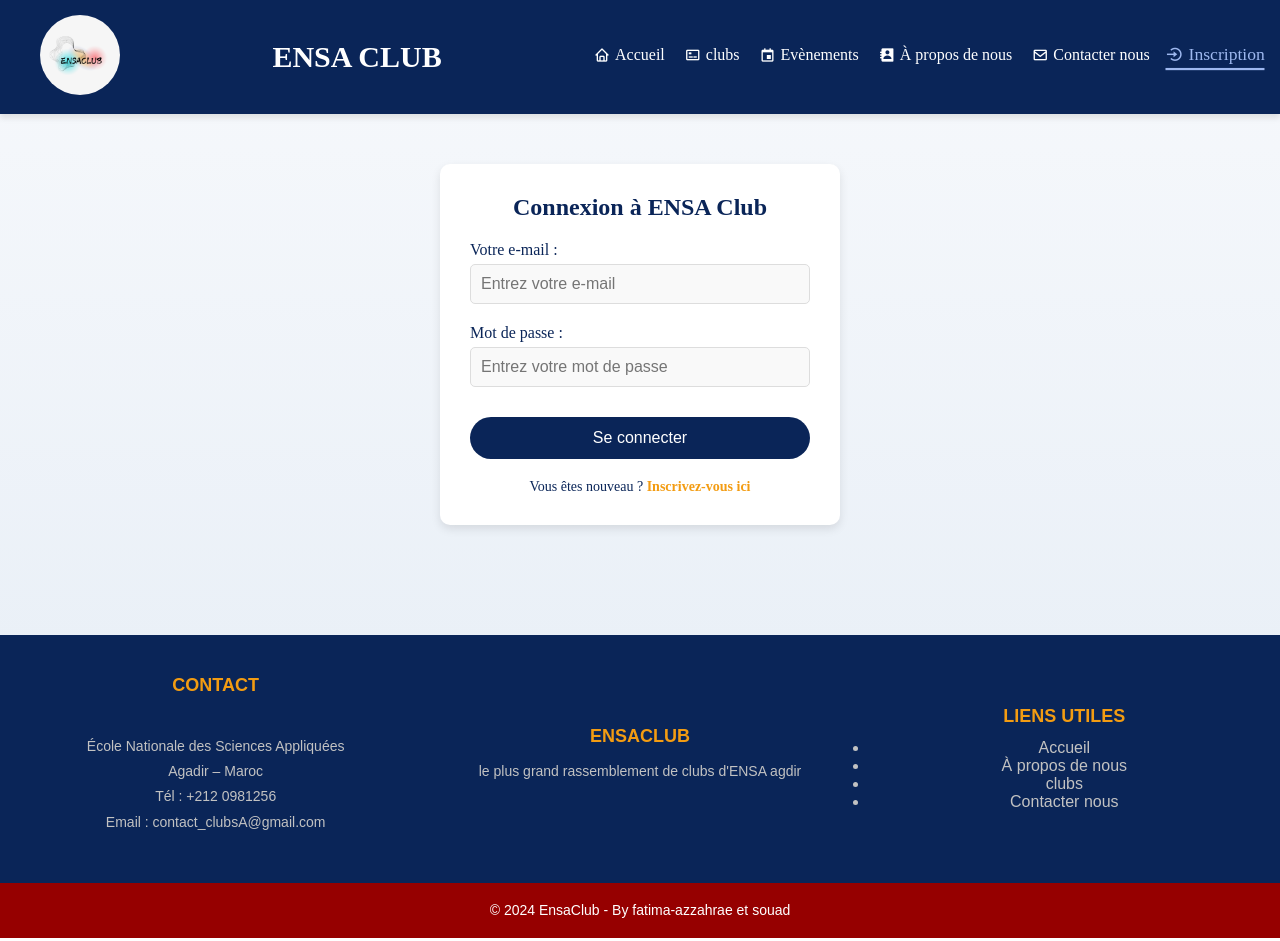
Repository: fati-smart/ENSAclub
Page: login.html
An editor plug-in stored every save of this project. The page is shown before and after the next save, followed by the edit.
The browser window is 1280 px wide. The pictures show the whole page.

Above is the page before, as saved 2024-12-02 19:07:29.

### login.html
<!DOCTYPE html>
<html>

<head>
    <meta charset="UTF-8">
    <meta name="viewport" content="width=device-width, initial-scale=1.0">
    <link href='https://unpkg.com/boxicons@2.1.4/css/boxicons.min.css' rel="stylesheet" />
    <link rel="stylesheet" href="style.css">
    <title>login</title>
</head>

<body>
    <header class="header">
        <div><img src="logo.png" alt="logo"></div>
        <div class="titre"><a href="index.html"><p>ENSA CLUB</p></a></div>
        <nav>

          <ul>
            <li><a href="index.html">
              <i class='bx bx-home'></i></i>Accueil</a></li>
              <li><a href="club.html">
                <i class='bx bx-credit-card-front'></i>clubs</a></li>
              <li><a href="evenement.html">
                <i class='bx bx-calendar-event' ></i>Evènements</a></li>
              <li><a href="propos.html">
                <i class='bx bxs-contact'></i>À propos de nous</a></li>
              <li><a href="Contact.html">
                <i class='bx bx-envelope'></i>Contacter nous</a></li>
              <li><a href="inscrip.html" class="active">
                <i class='bx bx-log-in-circle'></i>Inscription</a></li>
          </ul>


        </nav>
    </header>


    <section class="connexion">
      <div class="logFormulaire">
        <h1 class="titre-logFormulaire">Connexion à ENSA Club</h1>
        <form action="profil.html">
          <div class="form-group">
            <label for="email">Votre e-mail :</label>
            <input type="email" name="email" id="email" placeholder="Entrez votre e-mail" required />
          </div>
          <div class="form-group">
            <label for="password">Mot de passe :</label>
            <input type="password" name="password" id="password" placeholder="Entrez votre mot de passe" required />
          </div>
          <button type="submit" class="btn-submit">Se connecter</button>
        </form>
        <p class="lien-nouveau">
          Vous êtes nouveau ? <a href="inscrip.html">Inscrivez-vous ici</a>
        </p>
      </div>
    </section>



    <footer class="footer">
        <div class="footer-container">
            <div class="footer-content">
              <ul>
                <h3>CONTACT</h3><br />
                <p>École Nationale des Sciences Appliquées<br /> Agadir – Maroc<br />
                Tél : +212 0981256<br />
                Email : contact_clubsA@gmail.com<br />
              </p>
              </ul>
            </div>
            <div class="footer-section-info">
              <ul>
                <h3>EnsaClub</h3>
              <p> le plus grand rassemblement de clubs d'ENSA agdir </p>
              </ul>
            </div>
            <div class="footer-content">
                <h3>Liens utiles</h3>
                 <ul class="list">
                    <li><a href="index.html">Accueil</a></li>
                    <li><a href="propos.html">À propos de nous</a></li>
                    <li><a href="club.html">clubs</a></li>
                    <li><a href="Contact.html">Contacter nous</a></li>
                 </ul>
            </div>
        </div>
        <div class="footer-bottom">
          <p>© 2024 EnsaClub - By fatima-azzahrae et souad</p>
        </div>
    </footer>
</body>

</html>

### style.css
* {
  margin: 0;
  padding: 0;
  box-sizing: border-box;
}

body {
  font-family: cursive;
  background-color: #f5f6fa;
  overflow-x: hidden;
  background: linear-gradient(to bottom, #f7f9fc, #e4ecf5);
}

/*******************************************HEADER************************************************/
.header {
  background-color: #0A2558;
  color: white;
  display: flex;
  align-items: center;
  justify-content: space-between;
  padding: 15px 20px;
  box-shadow: 0 4px 6px rgba(0, 0, 0, 0.1);
}

.header img {
  margin-left: 20px;
  width: 80px;
  height: 80px;
  border-radius: 50%;
}

.header .titre a {
  text-decoration: none;
  color: white;
  font-size: 26px;
  font-weight: bold;
}

nav ul {
  list-style: none;
  display: flex;
  gap: 20px;
}

nav ul li a {
  color: white;
  text-decoration: none;
  font-size: 16px;
  display: flex;
  align-items: center;
  gap: 5px;
  transition: color 0.3s ease-in-out;
}
.header .titre p{
  font-size: 30px;
  font-weight: bold;
  color: #ffffff;
  margin: 0;
}

nav ul li a:hover {
  color: #9eb8ef;
}

nav ul li a.active {
  border-bottom: 2px solid #9eb8ef;
  padding-bottom: 3px;
  color: #9eb8ef;
  transform: scale(1.1);

}
/*************************************section CLUB***********************************************/
.club{
  margin-top: 50px;
  display: flex;
  align-items: center;
  justify-content: center;
  flex-wrap: wrap;
}

.club .carteClub{
  width: 350px;
  height: 420px;
  background-color: #e9ebed;
  border-radius: 12px;
  margin-left: 30px;
  margin-right: 30px;
  box-shadow: 0 4px 6px rgba(0, 0, 0, 0.1);
  position: relative;
}

.club .carteClub .imageClub {
  width: 100%;
  height: 45%;
  margin-left: 15px;
  margin-right: 15px;
  align-items: center;
}

.club .carteClub .imageClub img{
  width: 90%;
  height: 90%;
  margin-top: 10px;
  border-radius: 12px;
}

.club .carteClub .text{
  width: 90%;
  height: 90%;
  margin-left: 10px;
  text-align: center;
}

.club .carteClub .text p{
  text-align: left;
}

.club .carteClub .text strong{
  font-size: 25px;
  font-family: 'Franklin Gothic Medium', 'Arial Narrow', Arial, sans-serif;
  color: #0A2558;
}

.club .carteClub .text .jointure{
  color: #143c85d7;
}

.carteClub button {
  position: absolute;
  bottom: 10px;
  right: 15px;
  padding: 10px 20px;
  background-color: #ff1100;
  color: #fff;
  border: none;
  border-radius: 5px;
  cursor: pointer;
  width: 90px;
}

.carteClub button:hover {
  background-color: #d91103e0;
  transform: scale(1.1);

}

/****************************************section EVENMENT****************************************/
.event {
  display: flex;
  flex-wrap: wrap;
  justify-content: center;
  padding: 20px;
  margin-top: 30px;
  align-items: center;
  border-radius: 12px;
  gap:  40px 15px;
  max-width: 1400px;

}

.carteEvent {
  width: 340px;
  display: flex;
  flex-direction: column;
  height: 200px;
  background: #fff;
  border-radius: 10px;
  box-shadow: 0 4px 8px rgba(0, 0, 0, 0.1);
  overflow: hidden;
  transition: height 0.3s ease, box-shadow 0.3s ease;
  padding: 10px;
  position: relative;
  text-align: center;
  margin-left: 20px;
  margin-right: 20px;
  margin-top: 20px;
  margin-bottom: 20px;

}

.carteEvent:hover {
  box-shadow: 0 6px 12px rgba(0, 0, 0, 0.15);
}

.carteEvent .titreC {
  margin-bottom: 7px;
  margin-top: 7px;
}

.carteEvent .titreC strong{
  font-size: 19.2px;
  font-weight: bold;
  color: #007bff;
}

.carteEvent .titre {
  margin-bottom: 7px;
}

.carteEvent strong{
  color: #ff1100;
}

.carteEvent .dets {
  text-align: left;
}

.carteEvent .dets strong{
  color: #000000;
}

.carteEvent .dets a{
  text-decoration: none;
  color:#09b32d ;
}

.carteEvent .dets a:hover{
  color:#00ff37 ;
  font-size: 16px;
}
/****************************************INSCRIPTION**********************************************/
.inscription {
  padding: 50px 20px;
  display: flex;
  justify-content: center;
  align-items: center;
}

.formulaire {
  background: #ffffff;
  border-radius: 10px;
  box-shadow: 0px 4px 10px rgba(0, 0, 0, 0.1);
  padding: 30px;
  max-width: 500px;
  width: 100%;
  animation: fadeIn 1s ease-in-out;
}

.titre-formulaire {
  font-size: 24px;
  font-weight: bold;
  text-align: center;
  color: #0A2558;
  margin-bottom: 20px;
}

.form-group {
  margin-bottom: 20px;
}

.form-group label {
  font-size: 16px;
  color: #0A2558;
  display: block;
  margin-bottom: 5px;
}

.form-group input {
  width: 100%;
  padding: 10px;
  font-size: 16px;
  border: 1px solid #ddd;
  border-radius: 5px;
  outline: none;
  transition: border-color 0.3s;
}

.form-group input:focus {
  border-color: #f39c12;
}

.btn-submit {
  background-color: #0A2558;
  color: #ffffff;
  padding: 12px 20px;
  font-size: 16px;
  border: none;
  border-radius: 25px;
  cursor: pointer;
  width: 100%;
  margin-top: 10px;
  transition: background-color 0.3s, transform 0.3s;
}

.btn-submit:hover {
  background-color: #072042;
  transform: translateY(-3px);
}

.lien-membre {
  text-align: center;
  margin-top: 20px;
  font-size: 14px;
  color: #0A2558;
}

.lien-membre a {
  color: #f39c12;
  text-decoration: none;
  font-weight: bold;
}

.lien-membre a:hover {
  text-decoration: underline;
}

@keyframes fadeIn {
  from {
    opacity: 0;
    transform: translateY(20px);
  }
  to {
    opacity: 1;
    transform: translateY(0);
  }
}

@media (max-width: 768px) {
  .formulaire {
    padding: 20px;
  }

  .btn-submit {
    font-size: 14px;
  }
}


/**********************************************login***********************************************/
.connexion {
  padding: 50px 20px;
  display: flex;
  justify-content: center;
  align-items: center;
}

.logFormulaire {
  background: #ffffff;
  border-radius: 10px;
  box-shadow: 0px 4px 10px rgba(0, 0, 0, 0.1);
  padding: 30px;
  max-width: 400px;
  width: 100%;
  animation: fadeIn 1s ease-in-out;
}

.titre-logFormulaire {
  font-size: 24px;
  font-weight: bold;
  text-align: center;
  color: #0A2558;
  margin-bottom: 20px;
}

.form-group {
  margin-bottom: 20px;
}

.form-group label {
  font-size: 16px;
  color: #0A2558;
  display: block;
  margin-bottom: 5px;
}

.form-group input {
  width: 100%;
  padding: 10px;
  font-size: 16px;
  border: 1px solid #ddd;
  border-radius: 5px;
  outline: none;
  transition: border-color 0.3s;
}

.form-group input:focus {
  border-color: #f39c12;
}

.btn-submit {
  background-color: #0A2558;
  color: #ffffff;
  padding: 12px 20px;
  font-size: 16px;
  border: none;
  border-radius: 25px;
  cursor: pointer;
  width: 100%;
  margin-top: 10px;
  transition: background-color 0.3s, transform 0.3s;
}

.btn-submit:hover {
  background-color: #072042;
  transform: translateY(-3px);
}

.lien-nouveau {
  text-align: center;
  margin-top: 20px;
  font-size: 14px;
  color: #0A2558;
}

.lien-nouveau a {
  color: #f39c12;
  text-decoration: none;
  font-weight: bold;
}

.lien-nouveau a:hover {
  text-decoration: underline;
}

@keyframes fadeIn {
  from {
    opacity: 0;
    transform: translateY(20px);
  }
  to {
    opacity: 1;
    transform: translateY(0);
  }
}

@media (max-width: 768px) {
  .logFormulaire {
    padding: 20px;
  }

  .btn-submit {
    font-size: 14px;
  }
}

/*********************************************PROFIL**********************************************/
.profil {
  max-width: 800px;
  margin: 50px auto;
  padding: 20px;
  background: #fff;
  box-shadow: 0 4px 8px rgba(0, 0, 0, 0.276);
  border-radius: 10px;
}

.section-title {
  font-size: 28px;
  color: #2c3e50;
  text-align: center;
  margin-bottom: 20px;
}

.form-title {
  font-size: 20px;
  color: #34495e;
  margin-bottom: 15px;
}

.form-subtitle {
  font-size: 18px;
  color: #7f8c8d;
  margin-bottom: 10px;
}

.profile-section {
  display: flex;
  align-items: center;
  gap: 20px;
  margin-bottom: 30px;
  border-bottom: 1px solid #ddd;
  padding-bottom: 20px;
}

.profile-picture img {
  width: 120px;
  height: 120px;
  border-radius: 50%;
  object-fit: cover;
  border: 3px solid #db343442;
}

.profile-info .profile-name {
  font-size: 18px;
  font-weight: bold;
  color: #34495e;
}

.profile-info .profile-email {
  font-size: 14px;
  color: #555;
}

.forms-profil {
  display: flex;
  flex-wrap: wrap;
  gap: 30px;
}

.account-info,
.security-settings {
  flex: 1;
  min-width: 300px;
}

.form-group {
  margin-bottom: 15px;
}

.form-group label {
  display: block;
  font-size: 14px;
  color: #555;
  margin-bottom: 5px;
}

.form-group input {
  width: 100%;
  padding: 10px;
  border: 1px solid #ddd;
  border-radius: 5px;
  font-size: 14px;
  background-color: #f9f9f9;
}

.form-group input:focus {
  outline: none;
  border-color: #3498db;
  box-shadow: 0 0 5px rgba(52, 152, 219, 0.5);
}

.save-button {
  background-color: #3498db;
  color: #fff;
  padding: 10px 20px;
  border: none;
  border-radius: 5px;
  cursor: pointer;
  font-size: 14px;
  display: inline-block;
}

.save-button:hover {
  background-color: #2980b9;
}

.clubs-section .club-name {
  font-size: 16px;
  color: #2c3e50;
  margin-left: 10px;
}

.clubs-table {
  width: 100%;
  border-collapse: collapse;
  margin-top: 20px;
}

th, td {
  border: 1px solid #ddd;
  padding: 8px;
  text-align: center;
}

th {
  background-color: #f4f4f4;
  font-weight: bold;
}

.delete-btn {
  background-color: #e74c3c;
  color: white;
  border: none;
  padding: 5px 10px;
  cursor: pointer;
  border-radius: 3px;
}

.delete-btn:hover {
  background-color: #c0392b;
}
i.bx.bx-chevrons-left {
  margin-top: 20px;
  margin-left: 20px;
  font-size: 80px;
  color: #0742b1;
  transition: color 0.3s, transform 0.3s;
}

i.bx.bx-chevrons-left:hover {
  color: #2980b9;
  transform: translateX(-5px);
}



/********************************a propos de nous************************************************/
.propos {
  padding: 50px 20px;
  color: #0A2558;
}

.propos-container {
  max-width: 800px;
  margin: 0 auto;
  text-align: center;
  animation: fadeIn 1s ease-in-out;
}

.propos-title {
  font-size: 36px;
  font-weight: bold;
  margin-bottom: 20px;
  color: #0A2558;
}

.propos-title span {
  color: #f39c12;
}

.propos-intro, .propos-objective, .propos-message, .propos-mission, .propos-footer {
  font-size: 18px;
  line-height: 1.6;
  margin-bottom: 20px;
}

.propos-list {
  list-style: none;
  padding: 0;
  margin: 20px 0;
  display: flex;
  justify-content: space-around;
  flex-wrap: wrap;
  gap: 10px;
}

.propos-list li {
  background: #f39c12;
  color: white;
  padding: 10px 20px;
  border-radius: 20px;
  font-size: 16px;
}

.propos-call-to-action {
  font-size: 18px;
  margin: 30px 0;
}

.propos-link {
  color: #f39c12;
  font-weight: bold;
  text-decoration: none;
}

.propos-link:hover {
  text-decoration: underline;
}

@keyframes fadeIn {
  from {
    opacity: 0;
    transform: translateY(20px);
  }
  to {
    opacity: 1;
    transform: translateY(0);
  }
}

/********************************************FOOTER*************************************************/
.footer {
  background-color: #0A2558;
  margin-top: 60px;
  color: #ecf0f1;
  font-family: Arial, sans-serif;
  text-align: center;
  padding: 0; /* Supprime les espaces autour */
}

.footer-container {
  display: flex;
  justify-content: space-around;
  align-items: center; /* Centre verticalement les contenus */
  flex-wrap: wrap;
  padding: 40px 20px; /* Augmente l'espacement interne */
  gap: 33px; /* Ajoute de l'espace entre les sections */
}

.footer-content,
.footer-section-info,
.footer-links {
  flex: 1; /* S'adapte à l'espace disponible */
  min-width: 300px;
  text-align: center; /* Centre horizontalement le texte */
  color: #c2c2c2;
}

.footer h3 {
  font-size: 18px;
  font-weight: bold;
  text-transform: uppercase;
  margin-bottom: 12px; /* Augmente l'espace sous le titre */
  color: #f39c12;
}

.footer p {
  font-size: 14px;
  line-height: 1.8; /* Augmente l'espacement entre les lignes */
  margin: 8px 0;
}

.footer a {
  color: #c2c2c2;
  text-decoration: none;
}

.footer a:hover {
  text-decoration: underline;
}

.footer-bottom {
  background-color: #960000;
  color: white;
  padding: 15px; /* Augmente l'espacement interne du footer-bottom */
  font-size: 12px;

  margin-top: 0; /* Supprime les marges entre le container et le footer-bottom */
}

.footer-bottom p {
  margin: 0; /* Supprime les marges supplémentaires */
  text-align: center;
}


/*****************************************CONTACT***************************************************/
.contact {
  padding: 40px 20px;
  text-align: center;
}

.contact-fieldset {
  border: 2px solid #0A2558;
  border-radius: 10px;
  padding: 30px;
  max-width: 600px;
  margin: 0 auto;
  box-shadow: 0px 4px 10px rgba(0, 0, 0, 0.1);
  background: #ffffff;
}

.contact-legend {
  font-size: 24px;
  font-weight: bold;
  color: #0A2558;
  padding: 0 10px;
  background: #f39c12;
  color: #ffffff;
  border-radius: 5px;
}

.form-group {
  margin-bottom: 20px;
  text-align: left;
}

.form-group label {
  font-size: 16px;
  color: #0A2558;
  display: block;
  margin-bottom: 5px;
}

.form-group input,
.form-group textarea {
  width: 100%;
  padding: 10px;
  font-size: 16px;
  border: 1px solid #ddd;
  border-radius: 5px;
  outline: none;
  transition: border-color 0.3s;
}

.form-group input:focus,
.form-group textarea:focus {
  border-color: #f39c12;
}

.btn-submit {
  background-color: #0A2558;
  color: #ffffff;
  padding: 12px 25px;
  font-size: 16px;
  border: none;
  border-radius: 25px;
  cursor: pointer;
  transition: background-color 0.3s, transform 0.3s;
}

.btn-submit:hover {
  background-color: #072042;
  transform: translateY(-3px);
}

@media (max-width: 768px) {
  .contact-fieldset {
    padding: 20px;
  }

  .btn-submit {
    width: 100%;
  }
}

After the next save:
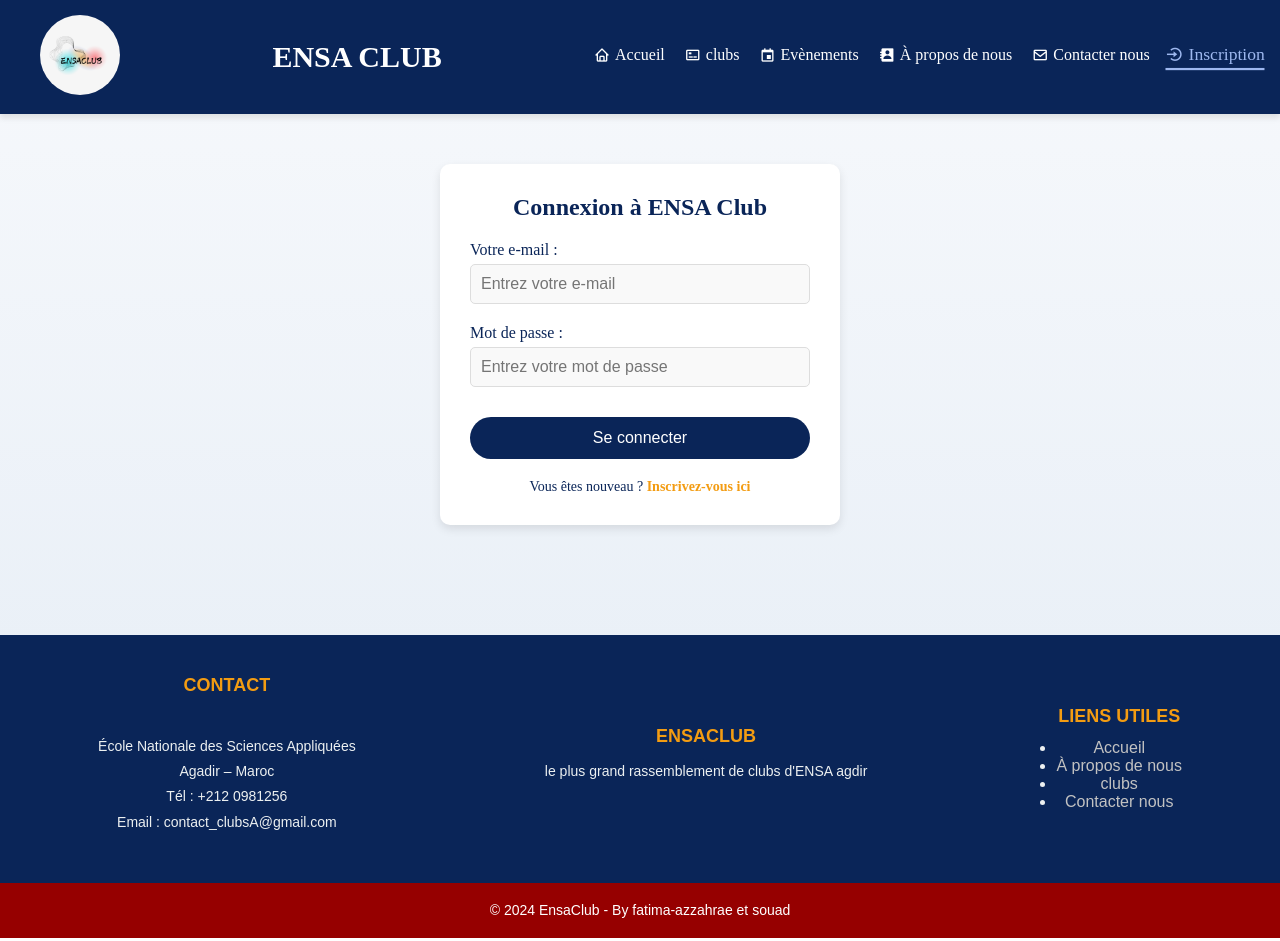
Saved 4 s later.
--- a/style.css
+++ b/style.css
@@ -688,7 +688,7 @@ i.bx.bx-chevrons-left:hover {
 
 .footer-content,
 .footer-section-info,
-.footer-links {
+ {
   flex: 1; /* S'adapte à l'espace disponible */
   min-width: 300px;
   text-align: center; /* Centre horizontalement le texte */
